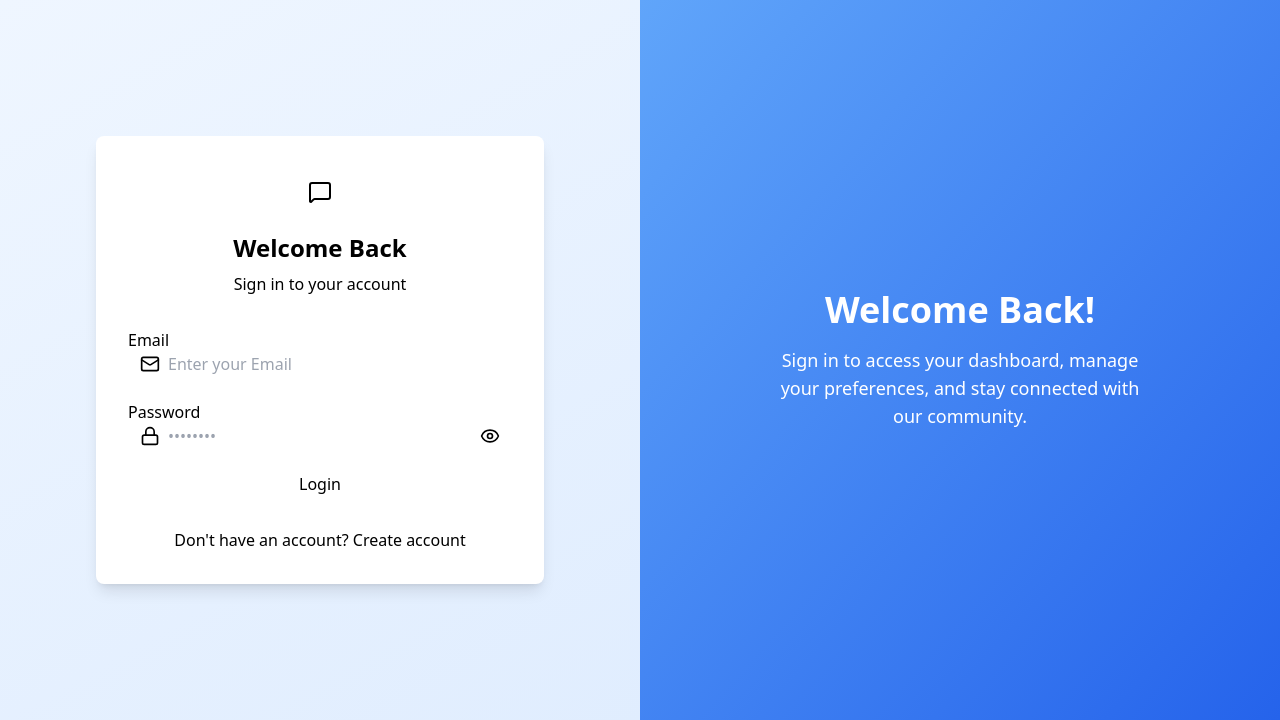
Repository: Subhashree-Nayak507/Test
Page: /login (app in client/)
The author's editor kept a copy of each file at every save. The page is drawn from the files as they stood at one save, then again after the next save.
The browser window is 1280 px wide. The pictures show the whole page.
The project was rebuilt for these pictures with package versions that can differ from the ones it lists, and the page was loaded fresh each time. Also part of the build but not shown: client/vite.config.js, client/src/pages/FormPage.jsx, client/src/pages/SignupPage.jsx.

Above is the page before, as saved 2025-01-06 09:02:49.

After the next save:
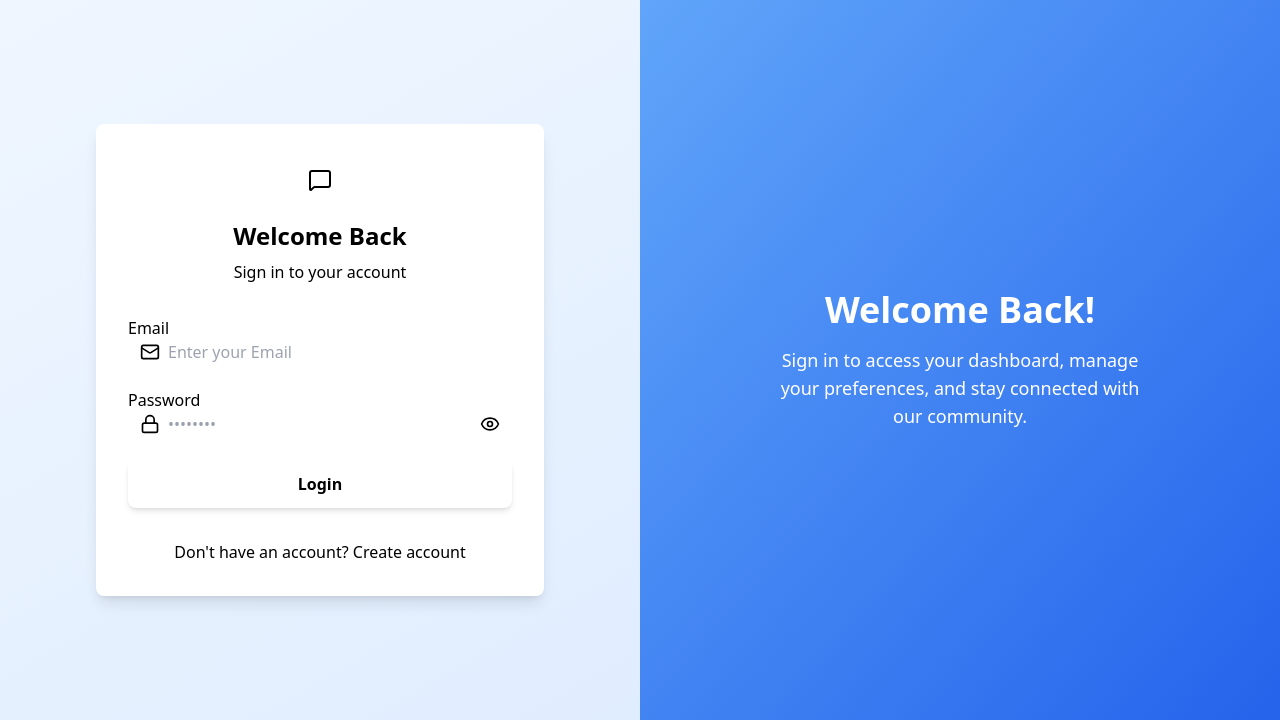
Saved 99 s later.
--- a/client/src/pages/LoginPage.jsx
+++ b/client/src/pages/LoginPage.jsx
@@ -89,7 +89,9 @@ const LoginPage = () => {
 
             <button
               type="submit"
-              className={`btn btn-primary w-full flex justify-center items-center `}>
+              className={`btn btn-primary w-full flex justify-center
+               items-center py-3 rounded-lg font-semibold shadow-md transition-all duration-300 hover:bg-primary-focus
+                hover:scale-105 active:scale-95 `}>
               Login
             </button>
           </form>
